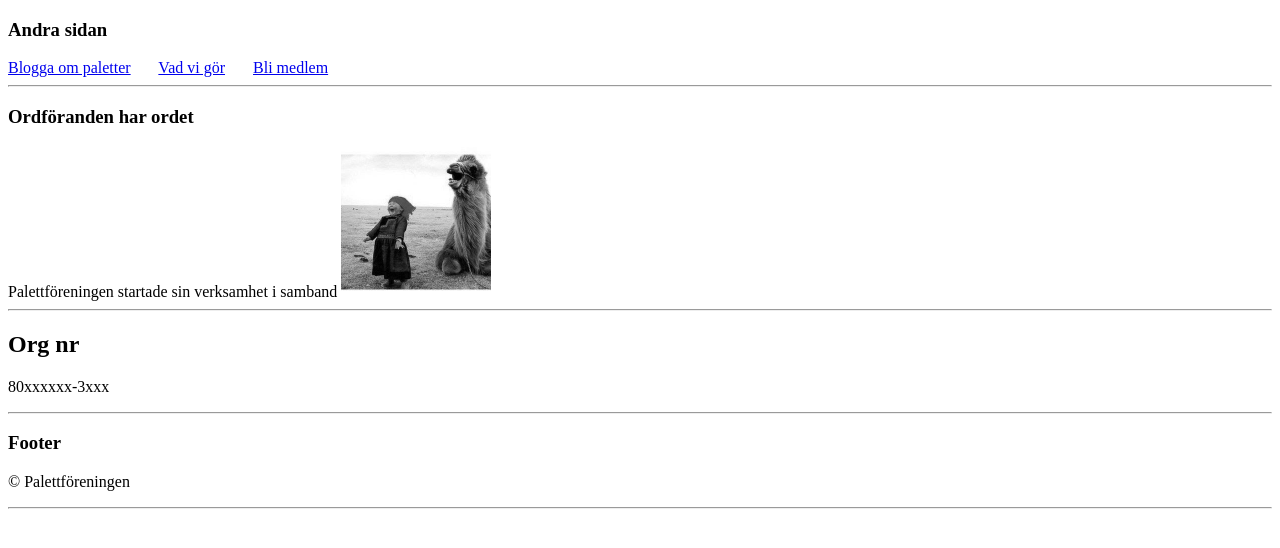
Repository: Webutveckling-20-21/Uppgift-1
Page: verksamheten.html
The author's editor kept a copy of each file at every save. The page is drawn from the files as they stood at one save, then again after a run of saves.
The browser window is 1280 px wide. The pictures show the whole page.

Above is the page before, as saved 2021-09-07 12:02:15.

### verksamheten.html
<!-- Här alla måsten i huvudet såsom språk och språkkodning mm -->
<!DOCTYPE html>
<html lang="sv">


<head>
    <meta charset="UTF-8">
    <meta name="viewport" content="width=device-width, initial-scale=1.0">
    <title>verksamheten</title>
</head>

<body>
    <header>
        <h3>Andra sidan</h3>
        <!-- Här läggs alla länkar-->
        <a href="blogg.html">Blogga om paletter</a>&nbsp;&nbsp;&nbsp;&nbsp;&nbsp;&nbsp;
        <a href="verksamheten.html">Vad vi gör</a>&nbsp;&nbsp;&nbsp;&nbsp;&nbsp;&nbsp;
        <a href="medlemskap.html">Bli medlem</a>
    </header>
    <hr>
    <main>
         <article>

            <h3>Ordföranden har ordet</h3>
            Palettföreningen startade sin verksamhet i samband

            <img src="images/ordförande pa excursion.jpg" width="150" height="150" alt="Ordförande berättar." >
        </article>

    </main>
    <hr>
    <aside>
        <h2>Org nr</h2>
        <p>80xxxxxx-3xxx</p>





    </aside>
    <hr>
    <footer>

        <h3>Footer</h3>
        <p> &copy; Palettföreningen</p>
    </footer>
    <hr>


</body>

</html>

After the next 2 saves:
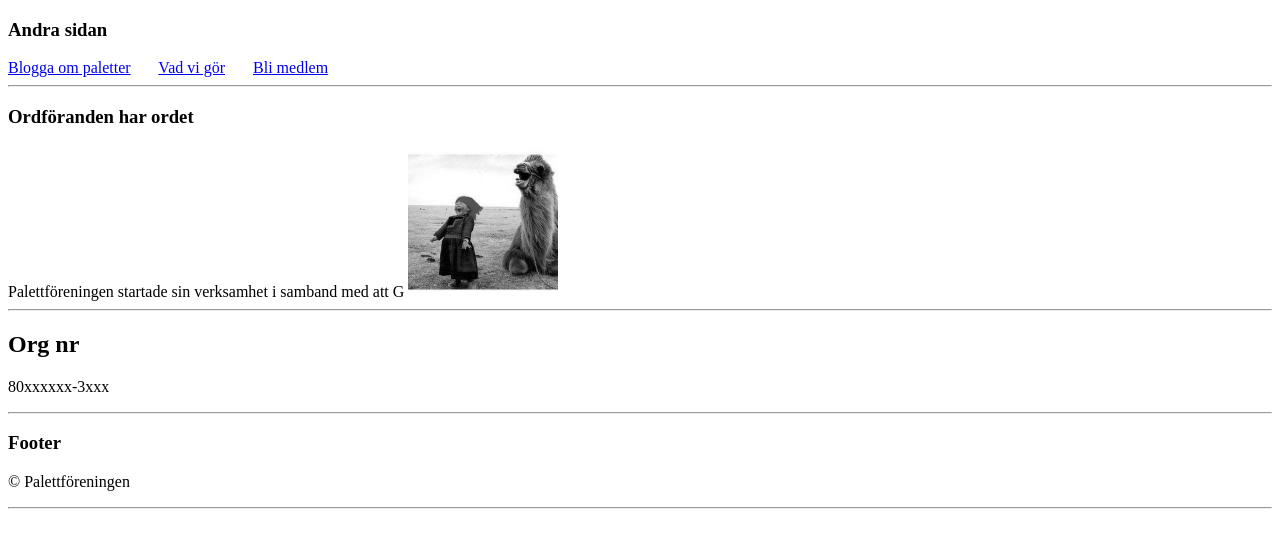
The 2 saves are shown as one change because they came seconds apart.
The last was saved 6 s later.
--- a/verksamheten.html
+++ b/verksamheten.html
@@ -22,7 +22,7 @@
          <article>
 
             <h3>Ordföranden har ordet</h3>
-            Palettföreningen startade sin verksamhet i samband
+            Palettföreningen startade sin verksamhet i samband med att G
 
             <img src="images/ordförande pa excursion.jpg" width="150" height="150" alt="Ordförande berättar." >
         </article>
